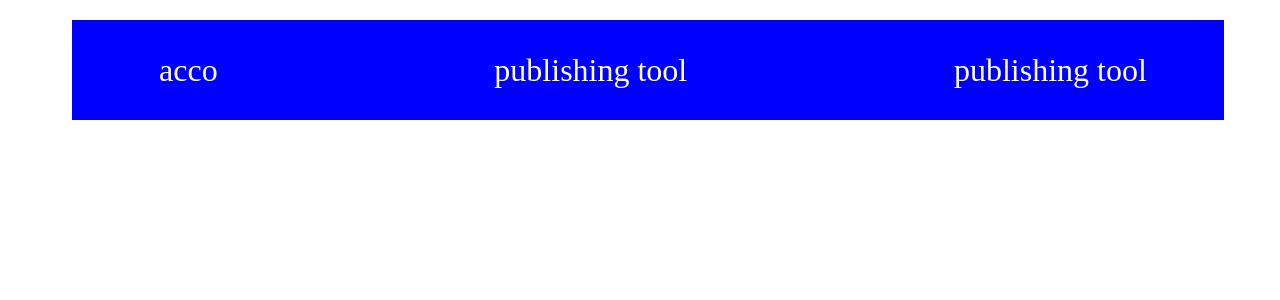
Repository: wimkinnet/Acco_Publish
Page: index.html
The author's editor kept a record of every edit. The page is drawn from the files as they stood at one moment, then again after the next edit.
The browser window is 1280 px wide. The pictures show the whole page.

Above is the page before.

### index.html
<!DOCTYPE html>
<html>
  <head>
    <title>Publish Tool - Main page</title>
    <meta charset = "utf-8">
    <style>
      .page-header {
        width: 90vw;
        margin: 20px 5vw 20px 5vw;
        background: blue;
        height: 100px;
      }
      .page-header table {
        width: 100%;
        height: 100%;
      }
      .page-header td {
        color: white;
        font-size: 2rem;
        text-align: center;
        vertical-align: middle;
      }
      .page-header a {
        text-decoration: none;
        color: white;
      }
    </style>
  </head>
  <body>
    <div class="page-header">
      <table>
        <tr>
          <td width="20%">
            <a href="http://www.acco.be" target="_blank" >acco</a>
          </td>
          <td width="50%">
            publishing tool
          </td>
          <td width="30%">
            publishing tool
          </td>
        </tr>
      </table>
    </div>
  </body>
</html>

After the next edit:
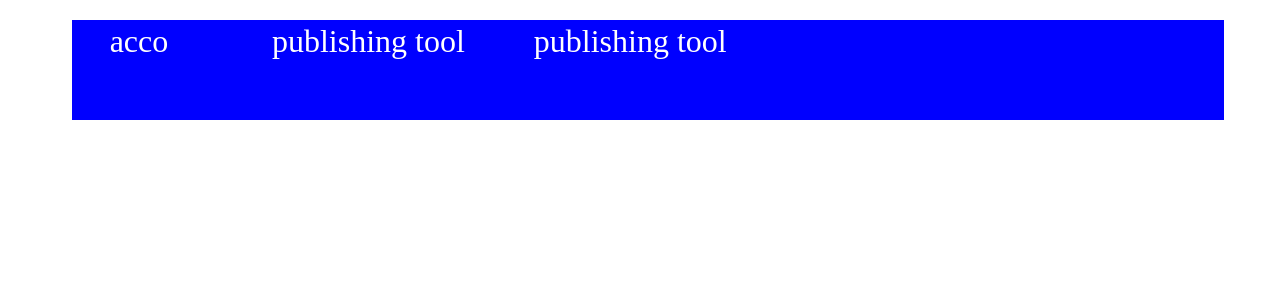
The edit:
--- a/index.html
+++ b/index.html
@@ -9,10 +9,6 @@
         margin: 20px 5vw 20px 5vw;
         background: blue;
         height: 100px;
-      }
-      .page-header table {
-        width: 100%;
-        height: 100%;
       }
       .page-header td {
         color: white;
